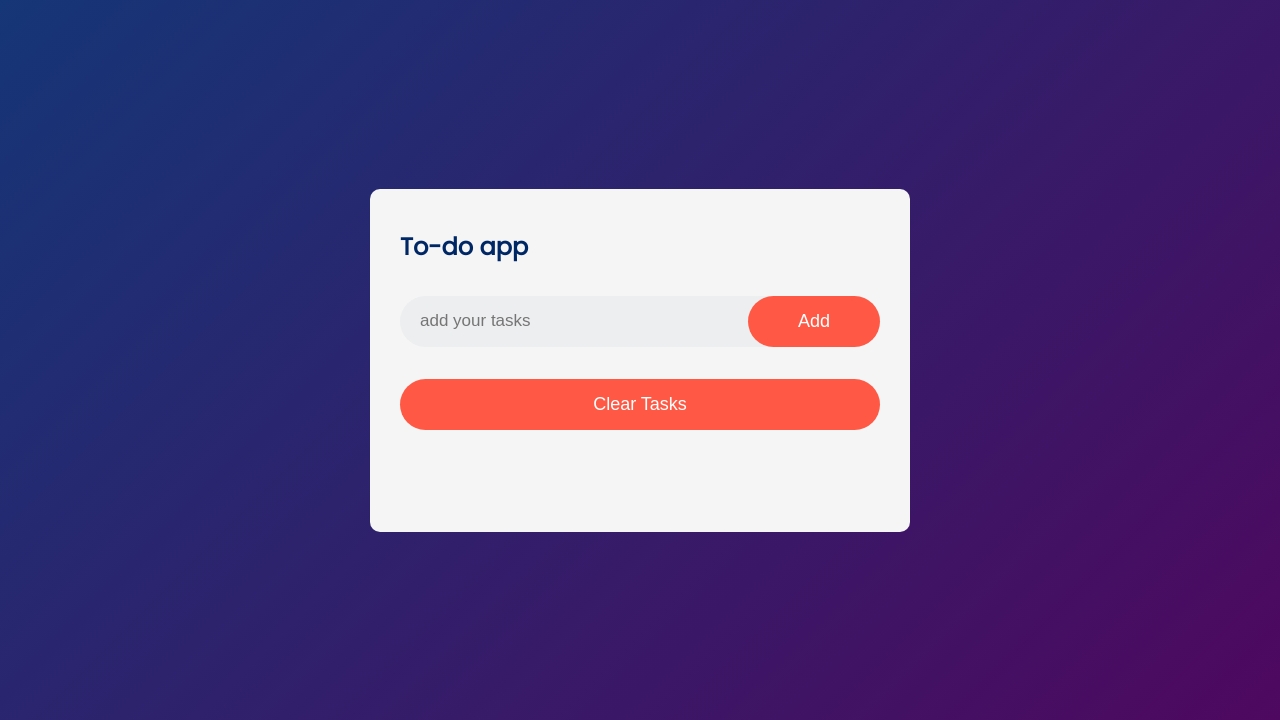
Repository: samoshi/To-do
Page: http://localhost/
The author's editor kept a copy of each file at every save. The page is drawn from the files as they stood at one save, then again after the next save.
The browser window is 1280 px wide. The pictures show the whole page.
The page is served by the project's application, run on Flask 3 (app/app.py). Queries for data that is not in the repository find no rows.

Above is the page before, as saved 2024-01-14 21:27:30.

After the next save:
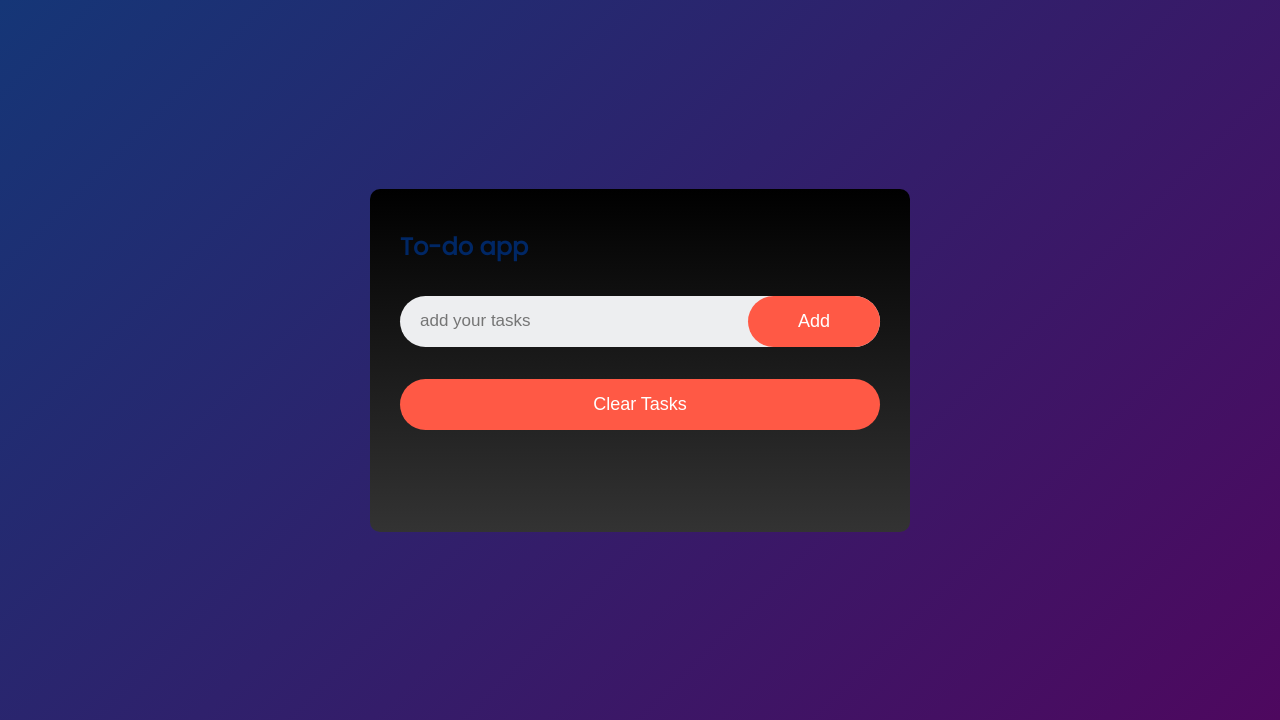
Saved 3 min 0 s later.
--- a/app/static/style.css
+++ b/app/static/style.css
@@ -21,7 +21,7 @@ body{
 .todo-app{
     width: 100%;
     max-width: 540px;
-    background-color: #f5f5f5;
+    background: linear-gradient(to bottom, #000000, #333333);
     padding: 40px 30px 70px;
     border-radius: 10px;
     display: flex;
